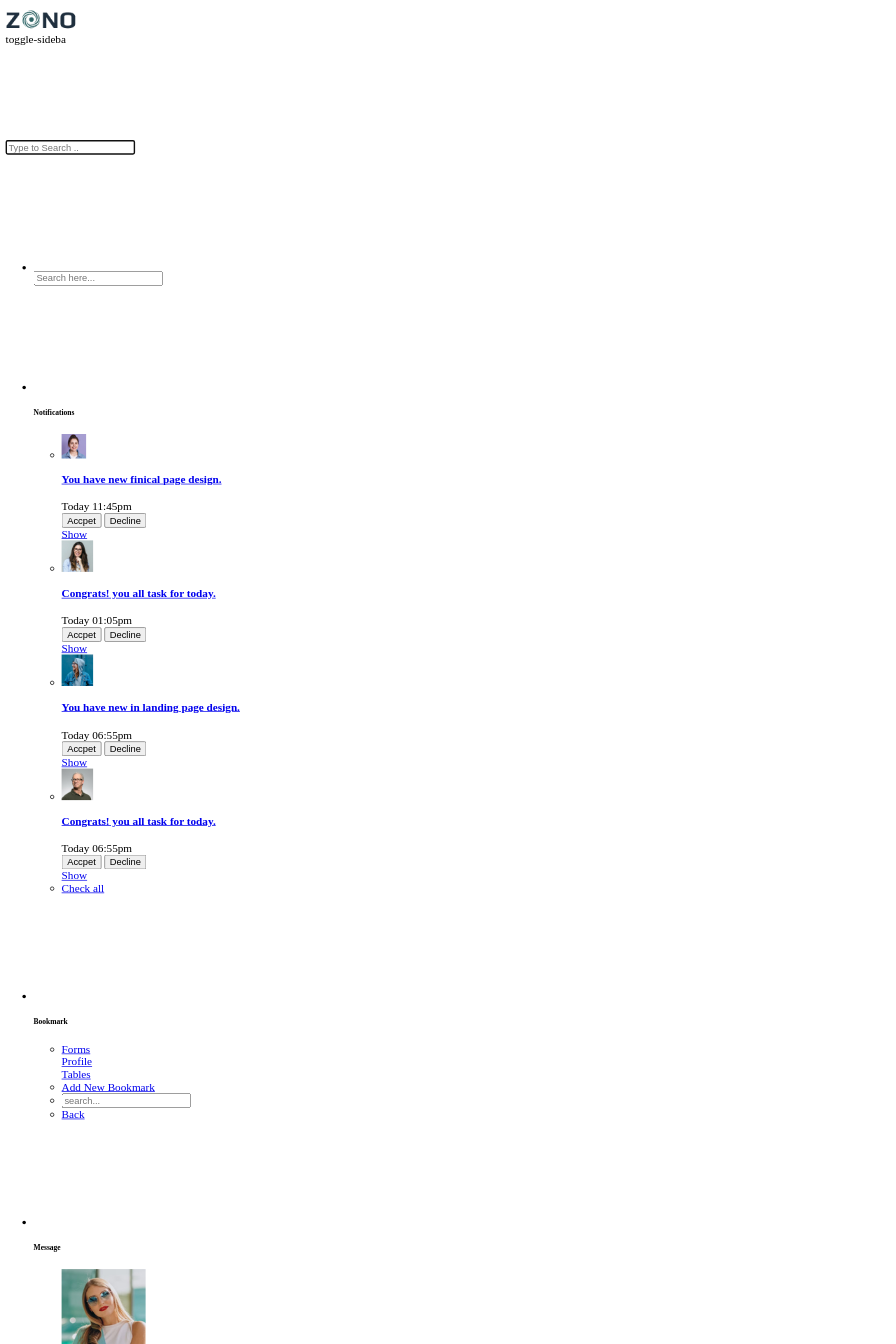
Repository: SPOTWEBDEV/ReceiptGeneratorWebsite
Page: http://localhost/ReceiptGeneratorWebsite/include/nav.php
An editor plug-in stored every save of this project. The page is shown before and after the next save, followed by the edit.
The browser window is 1280 px wide. The pictures show the part of the page from y = 0 to 1920 px (the page is 5973 px tall before and 5955 px after), at 70% of full size.
The page is run by PHP 8.4 with error messages shown; the project is at /var/www/html/.

Above is the page before, as saved 2025-07-16 15:00:31.

After the next save:
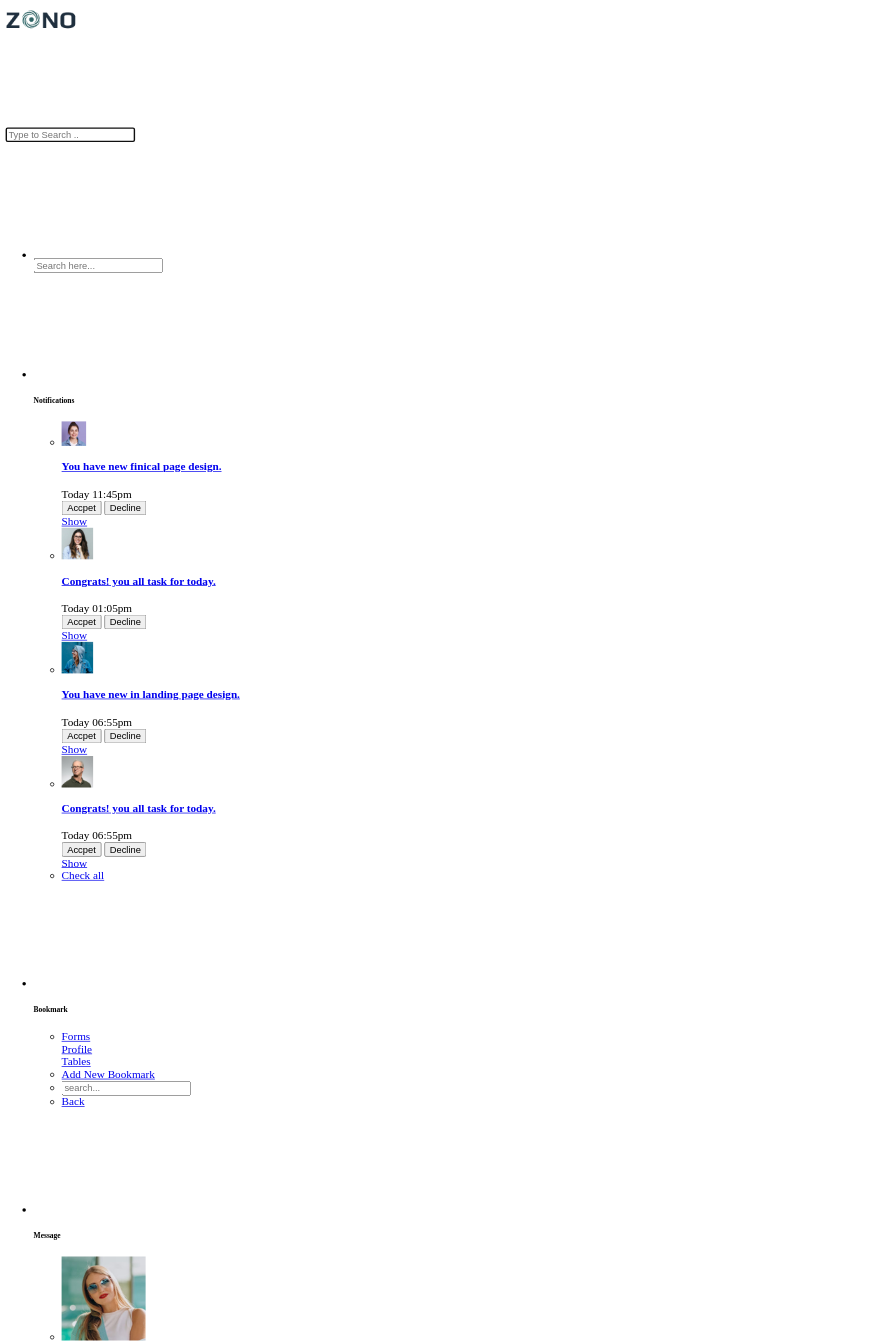
Saved 4 s later.
--- a/include/nav.php
+++ b/include/nav.php
@@ -3,7 +3,7 @@
           <div class="header-logo-wrapper col-auto p-0">
             <div class="logo-wrapper"><a href="index-2.html"> <img class="img-fluid for-light" src="../assets/images/logo/logo.png" alt=""><img class="img-fluid for-dark" src="../assets/images/logo/logo_dark.png" alt=""></a></div>
             <div class="toggle-sidebar">
-             toggle-sideba
+
             </div>
           </div>
           <form class="col-sm-4 form-inline search-full d-none d-xl-block" action="#" method="get">
